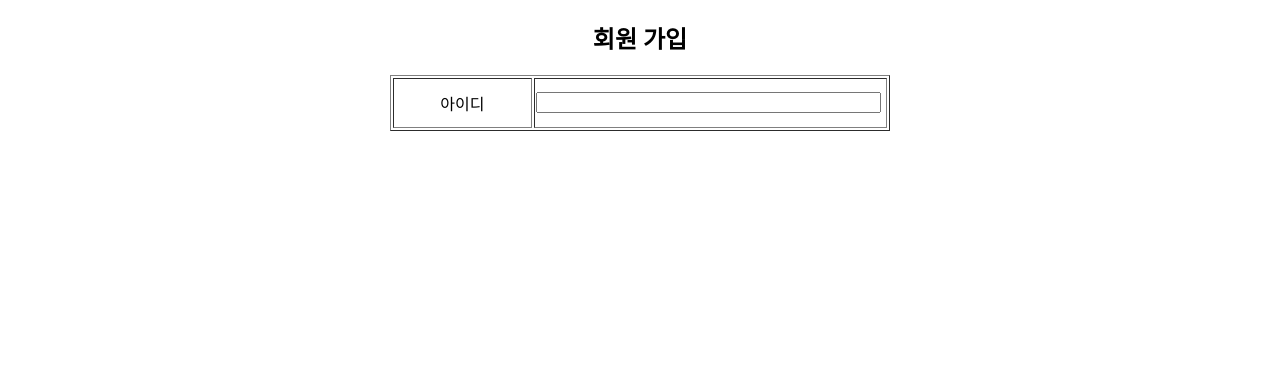
Repository: SuperHamzzi/JSPStudy
Page: http://localhost/JSP01/RequestJoin.jsp
The author's editor kept a copy of each file at every save. The page is drawn from the files as they stood at one save, then again after the next save.
The browser window is 1280 px wide. The pictures show the whole page.
The page is served by Tomcat 9.

Above is the page before, as saved 2023-06-04 09:53:40.

After the next save:
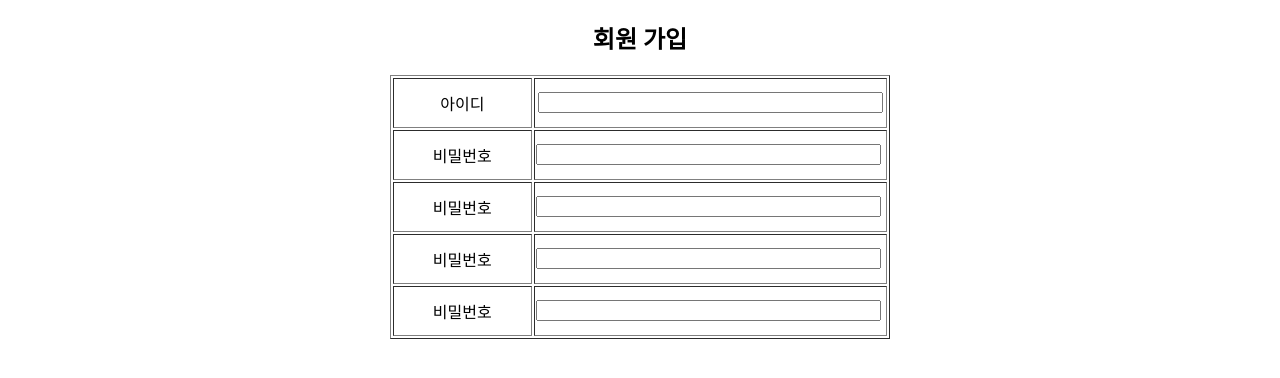
Saved 53 s later.
--- a/JSP01/WebContent/RequestJoin.jsp
+++ b/JSP01/WebContent/RequestJoin.jsp
@@ -14,6 +14,30 @@
 	<table width="500" border="1">
 	<tr height="50">
 		<td width="150" align="center"> 아이디</td>
+		<td width="350" align="center" >
+		<input type="text" name="id" size="40">
+		</td>
+	</tr>
+	<tr height="50">
+		<td width="150" align="center"> 비밀번호</td>
+		<td width="350">
+		<input type="password" align="center" name="pass" size="40">
+		</td>
+	</tr>
+	<tr height="50">
+		<td width="150" align="center"> 비밀번호</td>
+		<td width="350">
+		<input type="text" align="center" name="id" size="40">
+		</td>
+	</tr>
+	<tr height="50">
+		<td width="150" align="center"> 비밀번호</td>
+		<td width="350">
+		<input type="text" align="center" name="id" size="40">
+		</td>
+	</tr>
+	<tr height="50">
+		<td width="150" align="center"> 비밀번호</td>
 		<td width="350">
 		<input type="text" align="center" name="id" size="40">
 		</td>
